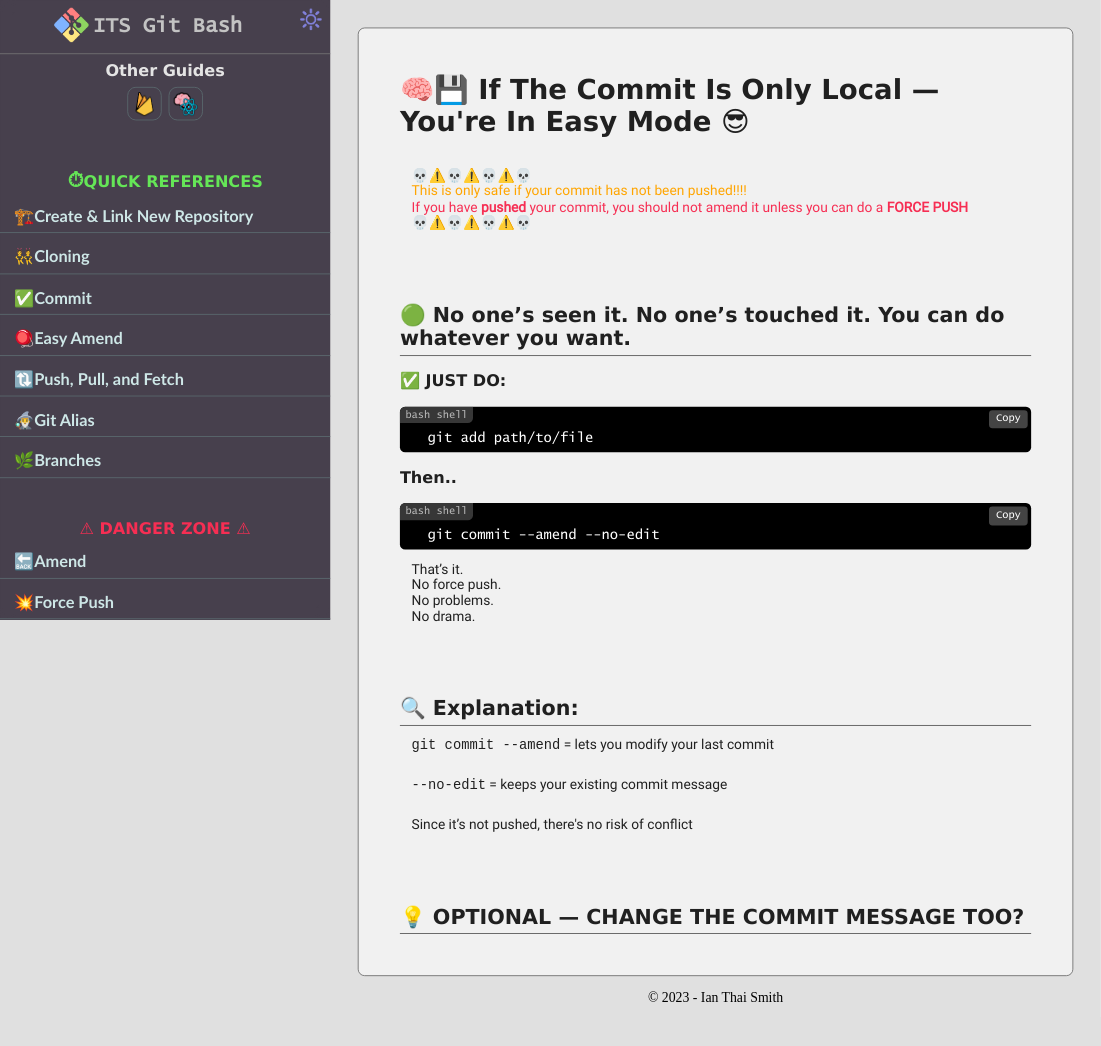
Repository: whyDoILoveThis/project__ITS_Git_Bash
Page: html/easy-amend.html
These files come from the project's save history. The page is drawn as it stood at one moment and after the next save; the edit follows.
The browser window is 1280 px wide. The pictures show the whole page, at 86% of full size.

Above is the page before, as saved 2025-07-06 07:15:00.

### html/easy-amend.html
<!DOCTYPE html>
<html lang="en">
  <head>
    <meta charset="UTF-8" />
    <meta name="viewport" content="width=device-width, initial-scale=1.0" />
    <link rel="stylesheet" href="/css/normalize.css" />
    <link rel="stylesheet" href="/css/style.css" />
    <title>new-page</title>
  </head>
  <body>
    <!--!!!!!-->
    <!--! MAIN-WRAP -->
    <div class="main-wrap">
      <section class="article-wrap">
        <article class="article">
          <h1>🧠💾 If The Commit Is Only Local — You're In Easy Mode 😎</h1>
          <p class="orng">
            💀⚠️💀⚠️💀⚠️💀
            <br />
            This is only safe if your commit has not been pushed!!!!
            <br />
            <em class="red">
              If you have <b>pushed</b> your commit, you should not amend it
              unless you can do a <b>FORCE PUSH</b>
            </em>
            <br />
            💀⚠️💀⚠️💀⚠️💀
          </p>
          <h2>
            🟢 No one’s seen it. No one’s touched it. You can do whatever you
            want.
          </h2>
          <h3>✅ JUST DO:</h3>
          <div class="code">
            <p>git add path/to/file<br /></p>
          </div>
          <h3>Then..</h3>
          <div class="code">
            <p>git commit --amend --no-edit</p>
          </div>
          <p>
            That’s it. <br />
            No force push. <br />
            No problems. <br />
            No drama.
          </p>
          <h2>🔍 Explanation:</h2>

          <p>
            <code>git commit --amend</code> = lets you modify your last commit
          </p>
          <p><code>--no-edit</code> = keeps your existing commit message</p>
          <p>Since it’s not pushed, there's no risk of conflict</p>
          <h2>💡 OPTIONAL — CHANGE THE COMMIT MESSAGE TOO?</h2>
        </article>
      </section>
    </div>
    <!--! MAIN-WRAP -->
    <!--! !!!!!!! -->
    <script src="/JS/dynamic-nav.js"></script>
    <script src="/JS/copy-code-btn.js"></script>
  </body>
</html>

### css/style.css


/*TODO: REFACTOR FOR BETTER ORGANIZATION
        AND REMOVING REDUNDANCIES*/

        :root {
            --size--brightness-toggler: 50px;
        }


.gradient {
    width: 100vw;
    height: 100vh;
    background: rgb(52,30,84);
background: linear-gradient(360deg, rgba(52,30,84,1) 0%, rgba(67,41,166,1) 100%);
}

@font-face {
    font-family: LucidaConsole;
    src: url(/fonts/lucon.ttf);

}

@font-face {
    font-family: Roboto;
    src: url(/fonts/Roboto-Regular.ttf);
}

body {
    font-family: 'Lucida Sans', 'Lucida Sans Regular', 'Lucida Grande', 'Lucida Sans Unicode', Geneva, Verdana, sans-serif;
    transition: background-color 0.3s ease-in;
    background-color: rgb(36, 31, 35);

}

body::-webkit-scrollbar-track
{
	-webkit-box-shadow: inset 0 0 6px rgba(0,0,0,0.3);
	border-radius: 10px;
	background-color: rgb(52, 29, 69);
}

body::-webkit-scrollbar
{
    border-radius: 10px;

	width: 5px;
	background-color: rgb(50, 41, 56);
}

body::-webkit-scrollbar-thumb
{
	border-radius: 10px;
	-webkit-box-shadow: inset 0 0 6px rgba(0,0,0,.3);
	background-color: #8181DB;
}



ul {
    list-style-type: none;
    padding: 0;
    padding-bottom: 4rem;
    margin: 0;
}

ul li {
    padding: 1rem 0 0.5rem 1rem;
    border-bottom: 0.5px solid rgb(90, 105, 110);
}

li a {
    text-decoration: none;
    color: rgb(206, 231, 231);
    font-family: 'Trebuchet MS', 'Lucida Sans Unicode', 'Lucida Grande', 'Lucida Sans', Arial, sans-serif;
    font-weight: 600;
    text-decoration-thickness: 0px;
    font-size: 19px;
}

a {
    color: rgb(45, 143, 248);
    text-decoration: none;
}

a:hover {
    font-weight: 600;
    text-decoration: underline;
}

li a:hover {
    text-decoration: underline;
    text-decoration-thickness: 2px;
    text-decoration-color: rgb(110, 203, 103);
}

em {
    font-style: normal;
}

.main-wrap {
    display: flex;
    height: 100%;
    width: 100%;
}

/** NAV */

.nav {
    z-index: 100;
    background: rgba(50, 41, 56, 0.877);
    backdrop-filter: blur(8px);
    -webkit-backdrop-filter: blur(8px);
    display: flex;
    flex-direction: column;
    width: 30%;
    height: 100%;
    position: fixed;
    overflow: auto;
    transition: all 0.37s ease-out;
}

.nav::-webkit-scrollbar-track
{
	-webkit-box-shadow: inset 0 0 6px rgba(0,0,0,0.3);
	border-radius: 10px;
	background-color: rgb(50, 41, 56);
}

.nav::-webkit-scrollbar
{
    border-radius: 10px;

	width: 3px;
	background-color: rgb(50, 41, 56);
}

.nav::-webkit-scrollbar-thumb
{
	border-radius: 10px;
	-webkit-box-shadow: inset 0 0 6px rgba(0,0,0,.3);
	background-color: #8181DB;
}


.logo-wrap {
    height: auto;
    max-height: 40px;
    display: flex;
    align-items: center;
    justify-content: center;
    gap: 0.3rem;
    padding: 0.7rem;
    border-bottom: 1px solid rgb(115, 115, 115);
    padding-right: var(--size--brightness-toggler);

}

.logo__icon {
    width: 8vw;
    max-width: 40px;
    height: 8vw;
    max-height: 40px;
    display: inline;
}

.logo__tag {
    color: rgb(195, 195, 195);
    font-family:  LucidaConsole, Arial, Helvetica, sans-serif;
    white-space: 1px;
    font-size: 24px;
    font-weight: 600;
    margin: 0;
}

.dark-mode-toggler-wrap {
    position: absolute;
    top: 10px;
    right: 10px;

}

.other-guides-wrap {
    margin: 0.5rem;
    display: flex;
    justify-content: center;
    align-self: center;
    gap: 0.5rem;
}

.other-guides-wrap > a > img {
    width: 28px;
}

.other-guides-heading {
    color: rgb(228, 228, 228);
    margin-top: 0;
}

.guide-link {
    border: 1px solid rgb(90, 105, 110);
    border-radius: 10px;
    display: flex;
    justify-content: center;
    padding: 0.3rem;
    transition: background-color 0.4s;
}

.guide-link:hover {
    background-color: rgba(255, 255, 255, 0.117);
}

.quick-ref-heading {
    color: rgb(101, 230, 87);
    text-transform: uppercase;
}

.quick-ref-heading::before {
    content: '⏱';
    font-size: 24px;
}

.article-wrap {
    margin-left: 30%;
    width: calc(70% - 2rem * 2);
    padding: 2rem;
}

.article {
    border: 1px solid rgb(109, 109, 109);
    border-radius:8px;
    display: flex;
    flex-direction: column;
    padding: 3rem;
    padding-top: 2rem;

    background-color: rgb(49, 49, 49);
    color: rgba(255, 255, 255, 0.90);
    transition: background-color 0.4s ease-in, color 0.5s ease-in;

}

.article__heading,
.article h2.h2--large {
    text-align: center;
    font-size: 32px;
    margin: 0.8rem;
    border: 0;
}

.article h2 {
    margin: 4.4rem 0 0rem 0;
    border-bottom: 1px solid #555;
    padding-bottom: 0.3rem;
}


.article > p {
    font-family: Roboto, Arial, Helvetica, sans-serif;
    margin: 0.85rem;
}

.emoji {
    display: inline;
    width: 20px;
}

.emoji--rocket {
    content: url(/img/emoji-rocket.PNG);
}

.code {
    font-family: LucidaConsole, Arial, Helvetica, sans-serif;
    white-space: nowrap;
    background-color: black;
    color: white;
    font-style: normal;
    width: 100%;
    display: flex;
    flex-direction: column;
    border-radius: 6px;
    overflow: auto;
}

.code p::selection,
.code em::selection {
    background: rgba(214, 172, 238, 0.273);
    color: inherit;
}

.code::-webkit-scrollbar {
    width: 12px;
    background-color: #F5F5F5;
    height: 7px;
}
.code::-webkit-scrollbar-thumb {
    border-radius: 1px;
    -webkit-box-shadow: inset 0 0 6px rgba(0,0,0,.3);
    background-color: #555;
}
.code::-webkit-scrollbar-track {
    -webkit-box-shadow: inset 0 0 6px rgba(0,0,0,0.3);
    border-radius: 1px;
    background-color: #F5F5F5;
}


.code::before {
    content: 'bash shell';
    background-color: rgb(55, 55, 55);


    align-self: flex-start;

    color: rgb(184, 184, 184);
    padding: 0.25rem 0.4rem 0.1rem 0.4rem;
    border-radius: 6px 0px 6px 0;
    font-size: 12px;
}

.code--html::before {
    content: 'HTML';
    color: rgb(255, 72, 0);
    letter-spacing: 1px;
}

.code--js::before {
   content: 'javascript';
   color: yellow;
}

.code--json::before {
    content: 'json';
    color: rgb(93, 184, 93);
}

.code--file-struct::before {
    content: '📁';
    font-size: 20px;
}

.code p {
    margin: 0.5rem 0 0.5rem 2rem;
    display: inline-block;
    flex: 0 0 100%;
}

.comnt {
    color: rgb(123, 123, 123);
}

.orng {
    color: orange;
}

.grn {
    color: rgb(60, 162, 60);
}

.blu {
    color: rgb(74, 189, 255);
}

.red {
    color: rgb(246, 46, 83);
}

/** BUTTONS */

.btn-group {
    display: flex;
    gap: 0.5rem;
}

.btn {
    position: relative;
    z-index: 99;
    width: 100%;
    font-family: Roboto, Arial, Helvetica, sans-serif;
    font-size: 24px;
    text-shadow: 0 0 2px rgba(0, 0, 0, 0.577);
    padding: 10px 20px;
    background-color: #27396a;

    color: #6cbbfb;
    cursor: pointer;
    border-radius: 10px;
    border: 1.5px solid rgb(0, 0, 0);
    margin-top: 1rem;
}

.btn--important {
    color: rgb(252, 107, 107);
    background-color: rgb(83, 32, 32);
}

.btn--more-info-box {

    font-family: Roboto, Arial, Helvetica, sans-serif;
    background-color: #eeeeee;
    background-color: #363232;

    color: #202020;
    color: rgba(255, 255, 255, 0.90);
    position: relative;
    top: -1rem;
    padding: 1rem;
    border-radius: 8px;
    text-align: center;
    border: 1.5px solid rgb(0, 115, 225);
    animation: 0.5s ease-in-out;
    transform-origin: top center;
    transition: background-color 0.4s ease-in, color 0.5s ease-in;
}

.btn--more-info-box.hidden {
    display: none;

}

@keyframes bounceDown {
    0% {
        transform: scaleY(0);
        opacity: 0;
    }
    70% {
        transform: scaleY(1.04);
        opacity: 1;
    }
    100% {
        transform: scaleY(1);
        opacity: 1;
    }
}

@keyframes bounceUp {
    0% {
        transform: scaleY(1);
        opacity: 1;
    }

    20% {
        transform: scaleY(1.04);
        opacity: 0.8;
    }

    100% {
        transform: scaleY(0);
        opacity: 0.2;
    }
}

.btn--more-info-box p {
    text-align: left;
}

.btn--more-info-box h2 {
    margin-top: 2.5rem;
}

.btn--more-info-box h3 {
    margin-top: 1.5rem;
    margin-bottom: 0;
}

@media screen and (min-width: 768px) {
    .nav-toggler {
        position: fixed;
        display: none;
        visibility: hidden;
    }
}

@media screen and (max-width: 778px) {
    ul li {
        padding: 0.8rem 0.3rem 0.5rem 0.8rem;
    }

    li a {
        font-size: 17px;
    }

    .nav {
        margin: 0;
        width: 100%;
        height: 60px;
        overflow: hidden;
        border-top-right-radius: 0;
        border-bottom-left-radius: 10px;
        border-bottom-right-radius: 10px;
        box-shadow: 1px 1px 1px 3px rgba(0, 0, 0, 0.179);
    }

    .nav-expanded {
        width: 85%;
        height: 100%;
        overflow-y: auto;
        box-shadow: 1px 1px 0px 700px rgba(0, 0, 0, 0.5);
        border-bottom-left-radius: 0;
    }

    .nav-expanded .nav-toggler {
        position: absolute;
        transform: translateY(60px);
    }

    .logo-wrap {
        place-self: center;
        padding-right: var(--size--brightness-toggler);
        padding-left: var(--size--brightness-toggler);
    }
    .logo__icon {
        height: 40px;
        width: 40px;
    }
    .dark-mode-toggler-wrap {
        position: absolute;
        top: 15px;
        right: 10px;

    }
    .nav-toggler {
       width: 40px;
       position: absolute;
       left: 10px;

       transition: all 0.2s;
    }

    .logo__tag {
        font-size: 22px;
        white-space: nowrap;
    }

    .article-wrap {
        margin: 0;
        width: calc(100% - 0.5rem * 2);
         padding: 0.5rem;
         margin-top: 70px;
     }
     .article {
        padding: 0.5rem;
    }
}

.copyright::before {
    content: '© 2023 - Ian Thai Smith ';
    font-family: 'Times New Roman', Times, serif ;
    display: flex;
    justify-content: center;

}






/*& CODE COPY BUTTON */
/*& CODE COPY BUTTON */
/*& CODE COPY BUTTON */



.copy-btn {
  position: absolute;
  top: 4px;
  right: 4px;
  background: #444;
  color: #fff;
  border: none;
  padding: 4px 8px;
  font-size: 0.75rem;
  cursor: pointer;
  border-radius: 4px;
  transition: background 0.2s ease;
}

.copy-btn:hover {
  background: #666;
}

### JS/dynamic-nav.js
const head = document.getElementsByTagName('head')[0];
const tabIcon = document.createElement("link");
tabIcon.href = "/img/git-bash-icon.png";
tabIcon.rel = "icon";
head.appendChild(tabIcon);

const articleWrap = document.querySelector(".article-wrap");

const copyright = document.createElement("p");
copyright.classList.add("copyright");

articleWrap.appendChild(copyright);

// Select the target element
const container = document.querySelector(".main-wrap");

// Create the main navigation element
const navigation = document.createElement("nav");
navigation.classList.add("nav");

function expandNav(){
    navigation.classList.toggle("nav-expanded")
}

const navToggler = document.createElement("img");
navToggler.src = "/img/icon-nav-toggler.png";
navToggler.classList.add("nav-toggler");
navToggler.addEventListener("click", expandNav);



// Create the logo-wrap div
const logoWrap = document.createElement("div");
logoWrap.classList.add("logo-wrap");

// Create the logo icon
const logoIcon = document.createElement("img");
const homeLink = document.createElement("a");
homeLink.href = "/index.html";
logoIcon.src = "/img/git-bash-icon.png";
logoIcon.alt = "";
logoIcon.classList.add("logo__icon");
homeLink.appendChild(logoIcon);


// Create the logo tag
const logoTag = document.createElement("p");
logoTag.classList.add("logo__tag");
logoTag.innerText = "ITS Git Bash";


const darkModeTogglerWrap = document.createElement("div");
darkModeTogglerWrap.classList.add("dark-mode-toggler-wrap");
const darkModeToggler = document.createElement("img");
darkModeTogglerWrap.appendChild(darkModeToggler);
darkModeToggler.src = "/img/icon-brightness-dim.png";
darkModeToggler.style.width = "25px";
darkModeToggler.classList.add(".dark-mode-toggler");

const article = document.querySelector('.article')


darkModeToggler.addEventListener("click", toggleBrightness);

const otherGuidesWrap = document.createElement("div");
otherGuidesWrap.classList.add("other-guides-wrap");

const otherGuides = document.createElement("h3");
otherGuides.innerText = "Other Guides";
otherGuides.classList.add('other-guides-heading');
otherGuides.style.textAlign = "center";
otherGuides.style.marginBottom = "0";
otherGuides.style.marginTop = "0.5rem";

const linkBash = document.createElement('a');
const imgBash = document.createElement("img");
linkBash.classList.add('guide-link');
imgBash.src = "/img/firebase-icon.png";
linkBash.href = "https://its-firebase.vercel.app";
linkBash.appendChild(imgBash);
otherGuidesWrap.appendChild(linkBash);
// another
const linkReact18 = document.createElement('a');
const imgReact18 = document.createElement("img");
linkReact18.classList.add('guide-link');
imgReact18.src = "/img/learn-react18-icon.png";
linkReact18.href = "https://learn-react18.vercel.app";
linkReact18.appendChild(imgReact18);
otherGuidesWrap.appendChild(linkReact18);




const infoBoxes = document.querySelectorAll('.btn--more-info-box');


// Check if 'bright' is stored in localStorage
const storedBright = localStorage.getItem('bright');

// Initialize 'bright' with the stored value (or default to false if not found)
let bright = storedBright === 'false';


function toggleBrightness() {
    bright = !bright;

    // Store the updated 'bright' value in localStorage
    localStorage.setItem('bright', bright);

 // Update UI and apply styles based on 'bright' state

    if(bright){
    fadeOutAndChange(darkModeToggler, "/img/icon-brightness-bright.png");
    document.body.style.backgroundColor = 'rgb(224, 224, 224)';
    article.style.backgroundColor = 'rgb(241, 241, 241)';
    article.style.color = '#202020';
    copyright.style.color = 'black';
    infoBoxes.forEach(infoBox => {
        infoBox.style.backgroundColor = '#eeeeee';
        infoBox.style.color = '#202020';
    });
    } else {
        fadeOutAndChange(darkModeToggler, "/img/icon-brightness-dim.png");
        document.body.style.backgroundColor = 'rgb(36, 31, 35)';
        article.style.backgroundColor = 'rgb(49, 49, 49)';
        article.style.color = 'rgba(255, 255, 255, 0.90)';
        copyright.style.color = 'white';
        infoBoxes.forEach(infoBox => {
            infoBox.style.backgroundColor = '#363232';
            infoBox.style.color = 'rgba(255, 255, 255, 0.90)';
        });
    }
}

function fadeOutAndChange(element, newImageSrc) {
    element.style.opacity = 0;
    setTimeout(() => {

        element.src = newImageSrc;
        element.style.opacity = 1;
    }, 200); // Adjust the time to match your CSS transition duration
}

// Call toggleBrightness to initialize UI based on stored value
toggleBrightness();


// Append the logo icon and tag to the logo-wrap div
logoWrap.appendChild(navToggler);
logoWrap.appendChild(homeLink);
logoWrap.appendChild(logoTag);



// Create the links list
const linkList = document.createElement("ul");
linkList.classList.add("link__list");


const quickRefs = document.createElement("h3");
quickRefs.innerText = "Quick References";
quickRefs.classList.add('quick-ref-heading');
quickRefs.style.textAlign = "center";
quickRefs.style.marginBottom = "0";
quickRefs.style.marginTop = "3rem";
linkList.appendChild(quickRefs);
/****************LINKS****************** */
/****************LINKS****************** */
// Create a list item for the link
const linkItem1 = document.createElement("li");
linkItem1.classList.add("link");
// Create the link itself
const linkCreateNewRepo = document.createElement("a");
linkCreateNewRepo.href = "/html/create-and-link-new-repo.html";
linkCreateNewRepo.innerText = "🏗️Create & Link New Repository";
// Append the link to the list item
linkItem1.appendChild(linkCreateNewRepo);
// Append the list item to the links list
linkList.appendChild(linkItem1);

// Create a list item for the link
const linkItem2 = document.createElement("li");
linkItem2.classList.add("link");
const linkCloning = document.createElement("a");
linkCloning.href = "/html/cloning.html";
linkCloning.innerText = "👯‍♀️Cloning";
// Append the link to the list item
linkItem2.appendChild(linkCloning);
// Append the list item to the links list
linkList.appendChild(linkItem2);

const linkItem3 = document.createElement("li");
linkItem3.classList.add("link");
const linkCommit = document.createElement("a");
linkCommit.href = "/html/commit.html";
linkCommit.innerText = "✅Commit";
linkItem3.appendChild(linkCommit);
linkList.appendChild(linkItem3);

const linkItem3v1 = document.createElement("li");
linkItem3v1.classList.add("link");
const linkEasyAmend = document.createElement("a");
linkEasyAmend.href = "/html/easy-amend.html";
linkEasyAmend.innerText = "🪀Easy Amend";
linkItem3v1.appendChild(linkEasyAmend);
linkList.appendChild(linkItem3v1);

const linkItem4 = document.createElement("li");
linkItem4.classList.add("link");
const linkPushPullAndFetch = document.createElement("a");
linkPushPullAndFetch.href = "/html/push-pull-and-fetch.html";
linkPushPullAndFetch.innerText = "🔃Push, Pull, and Fetch";
linkItem4.appendChild(linkPushPullAndFetch);
linkList.appendChild(linkItem4);

const linkItem7 = document.createElement("li");
linkItem7.classList.add("link");
const linkGitAlias = document.createElement("a");
linkGitAlias.href = "/html/git-alias.html";
linkGitAlias.innerText = "🧙‍♂️Git Alias";
linkItem7.appendChild(linkGitAlias);
linkList.appendChild(linkItem7);

const linkItem8 = document.createElement("li");
linkItem8.classList.add("link");
const linkBranches = document.createElement("a");
linkBranches.href = "/html/branches.html";
linkBranches.innerText = "🌿Branches";
linkItem8.appendChild(linkBranches);
linkList.appendChild(linkItem8);

const dangerZone = document.createElement("h3");
dangerZone.innerText = "⚠ DANGER ZONE ⚠";
dangerZone.style.textAlign = "center";
dangerZone.classList.add("red");
dangerZone.style.marginBottom = "0";
dangerZone.style.marginTop = "3rem";
linkList.appendChild(dangerZone);

const linkItem5 = document.createElement("li");
linkItem5.classList.add("link");
const linkAmend = document.createElement("a");
linkAmend.href = "/html/amend.html";
linkAmend.innerText = "🔙Amend";
linkItem5.appendChild(linkAmend);
linkList.appendChild(linkItem5);

const linkItem6 = document.createElement("li");
linkItem6.classList.add("link");
const linkForcePush = document.createElement("a");
linkForcePush.href = "/html/💥force-push.html";
linkForcePush.innerText = "💥Force Push";
linkItem6.appendChild(linkForcePush);
linkList.appendChild(linkItem6);





/****************LINKS****************** */
/****************LINKS****************** */


// Append the logo-wrap div and links list to the navigation
navigation.appendChild(logoWrap);
navigation.appendChild(darkModeTogglerWrap);
navigation.appendChild(otherGuides);
navigation.appendChild(otherGuidesWrap);
navigation.appendChild(linkList);

// Append the navigation to the container
container.appendChild(navigation);

### JS/copy-code-btn.js
 document.querySelectorAll(".code").forEach((codeBlock) => {
        // Create copy button
        const btn = document.createElement("button");
        btn.className = "copy-btn";
        btn.textContent = "Copy";

        // Insert button into the code block
        codeBlock.style.position = "relative";
        codeBlock.appendChild(btn);

        // Copy logic
        btn.addEventListener("click", () => {
          const text = codeBlock.querySelector("p").innerText;
          navigator.clipboard.writeText(text).then(() => {
            btn.textContent = "✅ Copied!";
            setTimeout(() => (btn.textContent = "Copy"), 2000);
          });
        });
      });

Loaded but not shown: css/normalize.css (library)

After the next save:
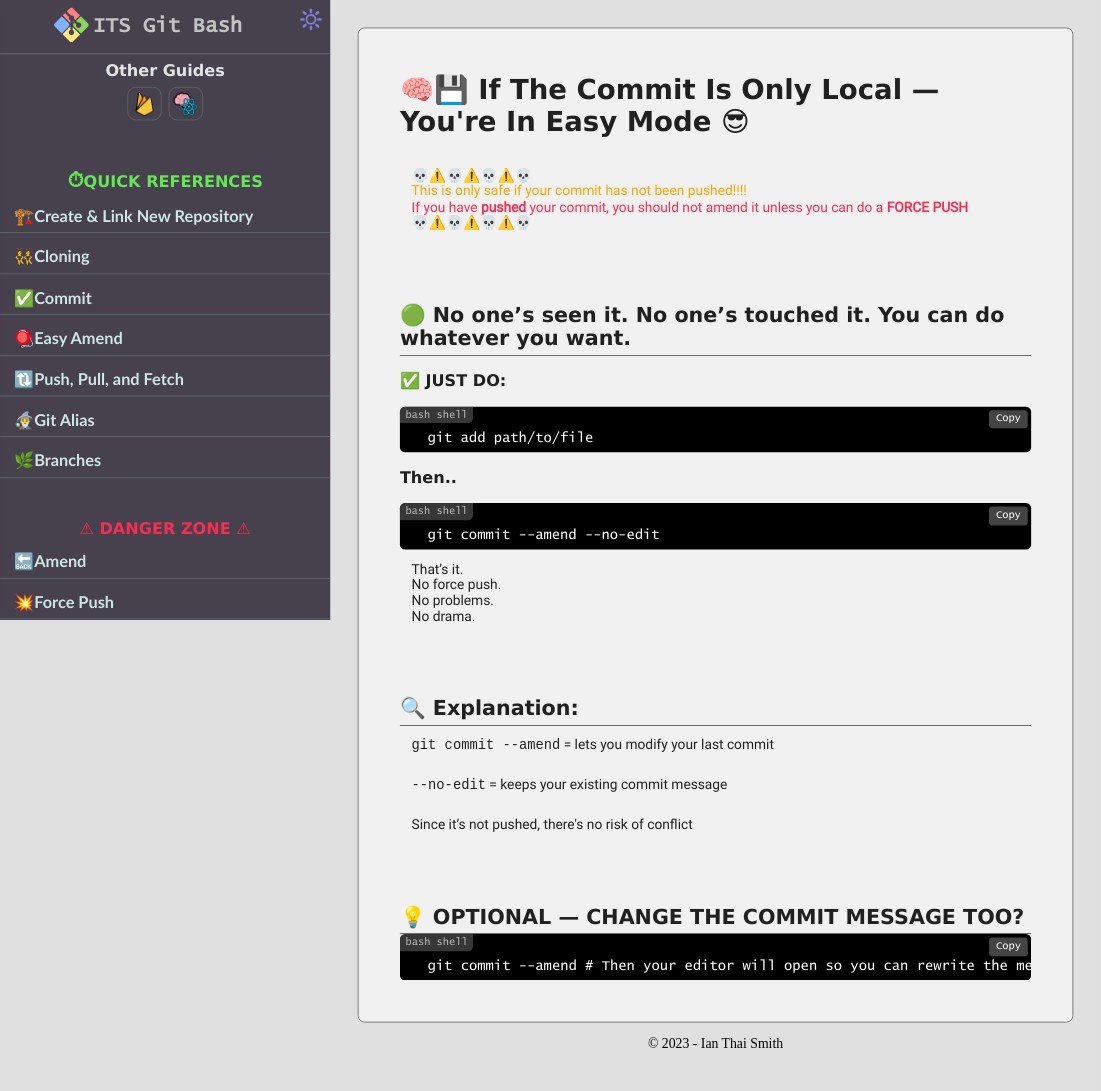
Saved 2 min 46 s later.
--- a/html/easy-amend.html
+++ b/html/easy-amend.html
@@ -52,6 +52,14 @@
           <p><code>--no-edit</code> = keeps your existing commit message</p>
           <p>Since it’s not pushed, there's no risk of conflict</p>
           <h2>💡 OPTIONAL — CHANGE THE COMMIT MESSAGE TOO?</h2>
+          <div class="code">
+            <p>
+              git commit --amend
+              <em class="comt"
+                ># Then your editor will open so you can rewrite the message</em
+              >
+            </p>
+          </div>
         </article>
       </section>
     </div>
